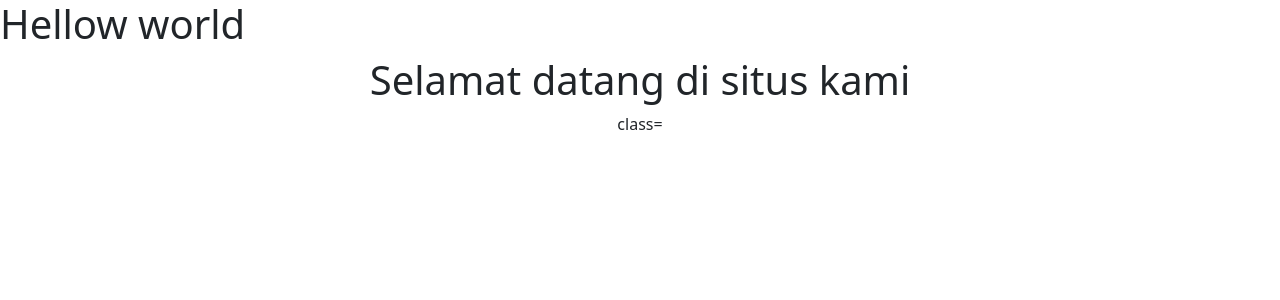
Repository: aryowisang/mbg
Page: latihan-24.html
An editor plug-in stored every save of this project. The page is shown before and after the next save, followed by the edit.
The browser window is 1280 px wide. The pictures show the whole page.

Above is the page before, as saved 2026-04-30 13:57:28.

After the next save:
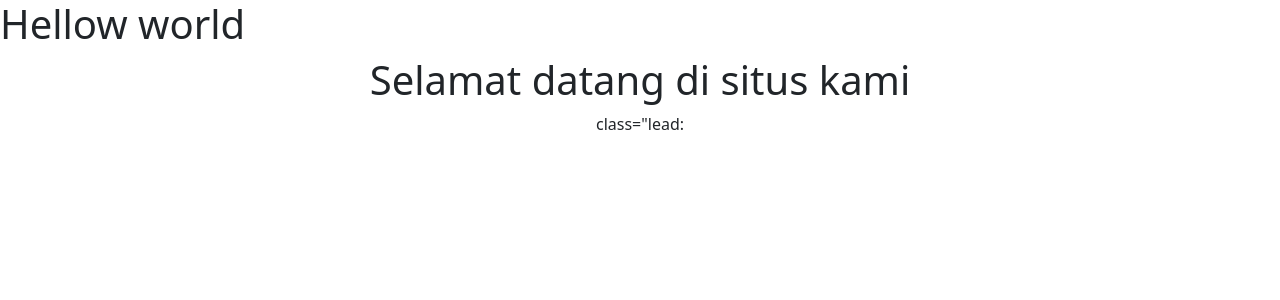
Saved 5 s later.
--- a/latihan-24.html
+++ b/latihan-24.html
@@ -12,7 +12,7 @@
     <section id="hero" class="hero text-center">
         <div class="container fade-line-up">
             <h1>Selamat datang di situs kami</h1>
-            <p> class=</p>
+            <p> class="lead:</p>
     </section>
 </body>
 </html>
